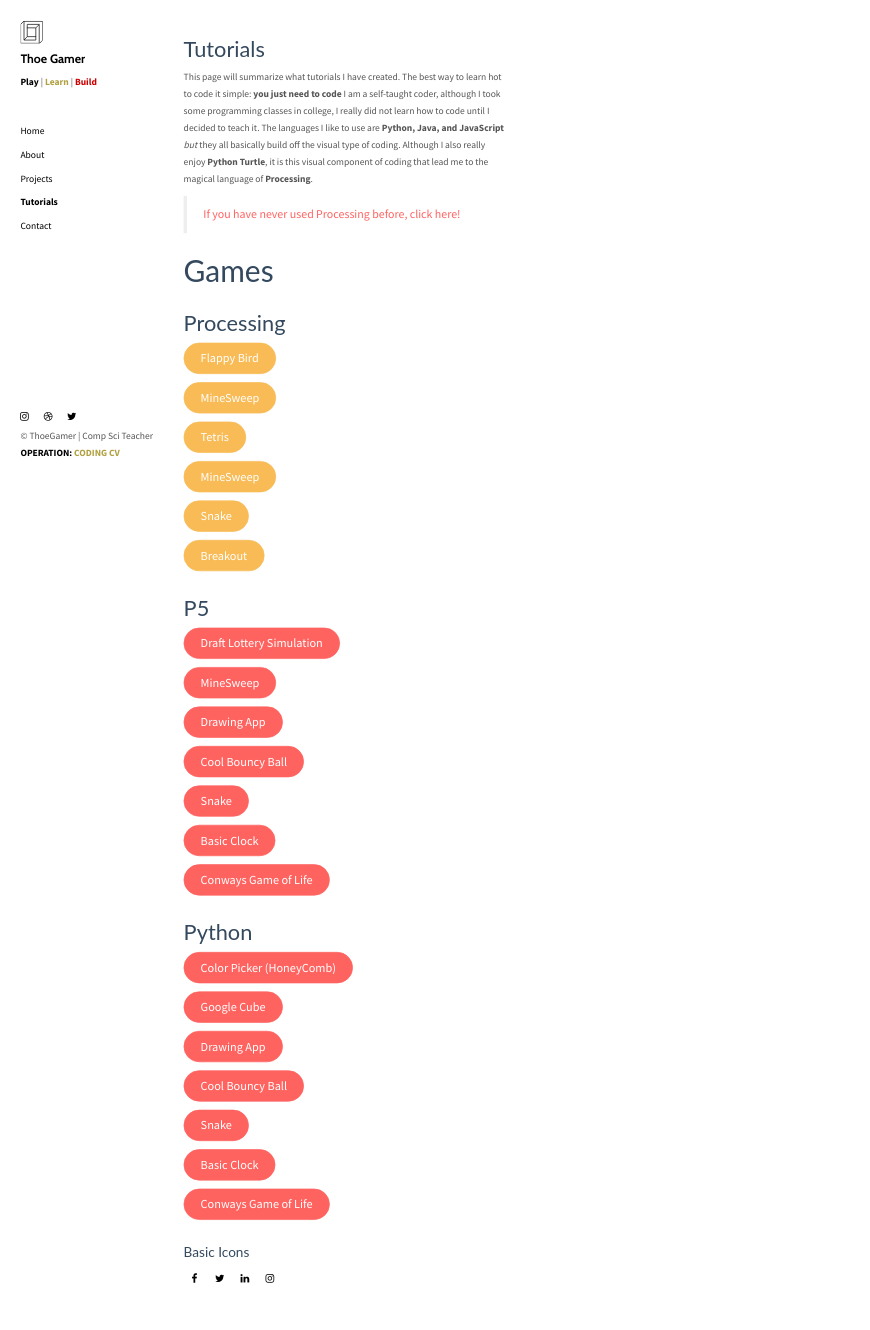
Repository: GamerThoe/GamerThoe.github.io
Page: components.html
The author's editor kept a record of every edit. The page is drawn from the files as they stood at one moment, then again after the next edit.
The browser window is 1280 px wide. The pictures show the whole page, at 68% of full size.

Above is the page before.

### components.html
<!DOCTYPE html>
<html lang="en">

<head>
  <meta charset="UTF-8">
  <meta content="IE=edge" http-equiv="X-UA-Compatible">
  <meta content="width=device-width,initial-scale=1" name="viewport">
  <meta content="description" name="description">
  <meta name="google" content="notranslate" />
  <meta content="Mashup templates have been developped by Orson.io team" name="author">

  <!-- Disable tap highlight on IE -->
  <meta name="msapplication-tap-highlight" content="no">

  <link href="./assets/apple-icon-180x180.png" rel="apple-touch-icon">
  <link href="./assets/favicon.ico" rel="icon">



  <title>Title page</title>

<link href="./main.82cfd66e.css" rel="stylesheet"></head>

<body>

 <!-- Add your content of header -->
<header class="">
  <div class="navbar navbar-default visible-xs">
    <button type="button" class="navbar-toggle collapsed">
      <span class="sr-only">Toggle navigation</span>
      <span class="icon-bar"></span>
      <span class="icon-bar"></span>
      <span class="icon-bar"></span>
    </button>
    <a href="./index.html" class="navbar-brand">Thoe Gamer ; )</a>
  </div>

  <nav class="sidebar">
    <div class="navbar-collapse" id="navbar-collapse">
      <div class="site-header hidden-xs">
          <a class="site-brand" href="./index.html" title="">
            <img class="img-responsive site-logo" alt="" src="./assets/images/mashup-logo.svg">
            Thoe Gamer
          </a>
        <p><span class="black">Play </span> | <span class="gold">Learn </span>| <span class="highlight">Build</span></p>
      </div>
      <ul class="nav">
        <li><a href="./index.html" title="">Home</a></li>
        <li><a href="./about.html" title="">About</a></li>
        <li><a href="./services.html" title="">Projects</a></li>
        <li class="black"><a href="./components.html" title="">Tutorials</a></li>
        <li><a href="./contact.html" title="">Contact</a></li>


      </ul>

      <nav class="nav-footer">
        <p class="nav-footer-social-buttons">
          <a class="fa-icon" href="https://www.instagram.com/" title="">
            <i class="fa fa-instagram"></i>
          </a>
          <a class="fa-icon" href="https://dribbble.com/" title="">
            <i class="fa fa-dribbble"></i>
          </a>
          <a class="fa-icon" href="https://twitter.com/" title="">
            <i class="fa fa-twitter"></i>
          </a>
        </p>
        <p>© ThoeGamer | Comp Sci Teacher <a href="https://mrthoe.github.io"><span class="black">OPERATION: <span class="gold">CODING CV</span></span></a></p>
      </nav>
    </div>
  </nav>
</header>
<main class="" id="main-collapse">


<!-- Add your site or app content here -->

    <div class="row">
      <div class="col-xs-12 col-md-6">

        <div class="template-example">
          <h2 class="template-title-example">Tutorials</h2>
          <p>This page will summarize what tutorials I have created.  The best way to learn hot to code it simple: <b>you just need to code</b>  I am a self-taught coder, although I took some programming classes in college, I really
          did not learn how to code until I decided to teach it.  The languages I like to use are <b>Python, Java, and JavaScript</b> <i>but</i> they all basically build off the visual type of coding.  Although I also really enjoy <b>Python Turtle</b>,
          it is this visual component of coding that lead me to the magical language of <b>Processing</b>.

          <blockquote>
            <p><a href="https://processing.org/">If you have never used Processing before, click here!</a></p>
          </blockquote>

          </p>
        </div>

        <div class="template-example">
          <h1 class="template-title-example">Games</h1>
          <div class="row">
            <div class="col-md-6">
              <h2 class="template-title-example">Processing</h2>
              <div class="row">
                  <div class="col-md-6">
                  <p><a href="" class="btn btn-info btn-lg">Flappy Bird</a></p>
                  <p><a href="" class="btn btn-info btn-lg">MineSweep</a></p>
                  <p><a href="" class="btn btn-info btn-lg">Tetris</a></p>
                  <p><a href="" class="btn btn-info btn-lg">MineSweep</a></p>
                  <p><a href="" class="btn btn-info btn-lg">Snake</a></p>
                  <p><a href="" class="btn btn-info btn-lg">Breakout</a></p>
                </div>
              </div>
              <h2 class="template-title-example">P5</h2>
              <div class="row">
                  <div class="col-md-6">
                  <p><a href="" class="btn btn-primary btn-lg">Draft Lottery Simulation</a></p>
                  <p><a href="" class="btn btn-primary btn-lg">MineSweep</a></p>
                  <p><a href="" class="btn btn-primary btn-lg">Drawing App</a></p>
                  <p><a href="" class="btn btn-primary btn-lg">Cool Bouncy Ball</a></p>
                  <p><a href="" class="btn btn-primary btn-lg">Snake</a></p>
                  <p><a href="" class="btn btn-primary btn-lg">Basic Clock</a></p>
                  <p><a href="" class="btn btn-primary btn-lg">Conways Game of Life</a></p>
                </div>
              </div>
              <h2 class="template-title-example">Python</h2>
              <div class="row">
                  <div class="col-md-6">
                  <p><a href="" class="btn btn-primary btn-lg">Color Picker (HoneyComb)</a></p>
                  <p><a href="" class="btn btn-primary btn-lg">Google Cube</a></p>
                  <p><a href="" class="btn btn-primary btn-lg">Drawing App</a></p>
                  <p><a href="" class="btn btn-primary btn-lg">Cool Bouncy Ball</a></p>
                  <p><a href="" class="btn btn-primary btn-lg">Snake</a></p>
                  <p><a href="" class="btn btn-primary btn-lg">Basic Clock</a></p>
                  <p><a href="" class="btn btn-primary btn-lg">Conways Game of Life</a></p>
                </div>
              </div>



          </div>

        </div>


          <div class="row">

            <div class="col-md-6">
               <h3 class="template-title-example">Basic Icons</h2>
                <ul class="list-icons">
                  <li>
                    <span class="fa-icon">
                      <i class="fa fa-facebook"></i>
                    </span>
                  </li>
                  <li>
                    <span class="fa-icon">
                      <i class="fa fa-twitter"></i>
                    </span>
                  </li>
                  <li>
                    <span class="fa-icon">
                      <i class="fa fa-linkedin"></i>
                    </span>
                  </li>
                  <li>
                    <span class="fa-icon">
                      <i class="fa fa-instagram"></i>
                    </span>
                  </li>
                </ul>
            </div>

          </div>





        </div>


        </div>




      </div>
    </div>


</main>

<script>
document.addEventListener("DOMContentLoaded", function (event) {
  navbarToggleSidebar();
  navActivePage();
});
</script>

<!-- Google Analytics: change UA-XXXXX-X to be your site's ID

<script>
  (function (i, s, o, g, r, a, m) {
    i['GoogleAnalyticsObject'] = r; i[r] = i[r] || function () {
      (i[r].q = i[r].q || []).push(arguments)
    }, i[r].l = 1 * new Date(); a = s.createElement(o),
      m = s.getElementsByTagName(o)[0]; a.async = 1; a.src = g; m.parentNode.insertBefore(a, m)
  })(window, document, 'script', '//www.google-analytics.com/analytics.js', 'ga');
  ga('create', 'UA-XXXXX-X', 'auto');
  ga('send', 'pageview');
</script>

--> <script type="text/javascript" src="./main.85741bff.js"></script></body>

</html>

Loaded but not shown: main.82cfd66e.css (library); main.85741bff.js (library)

After the next edit:
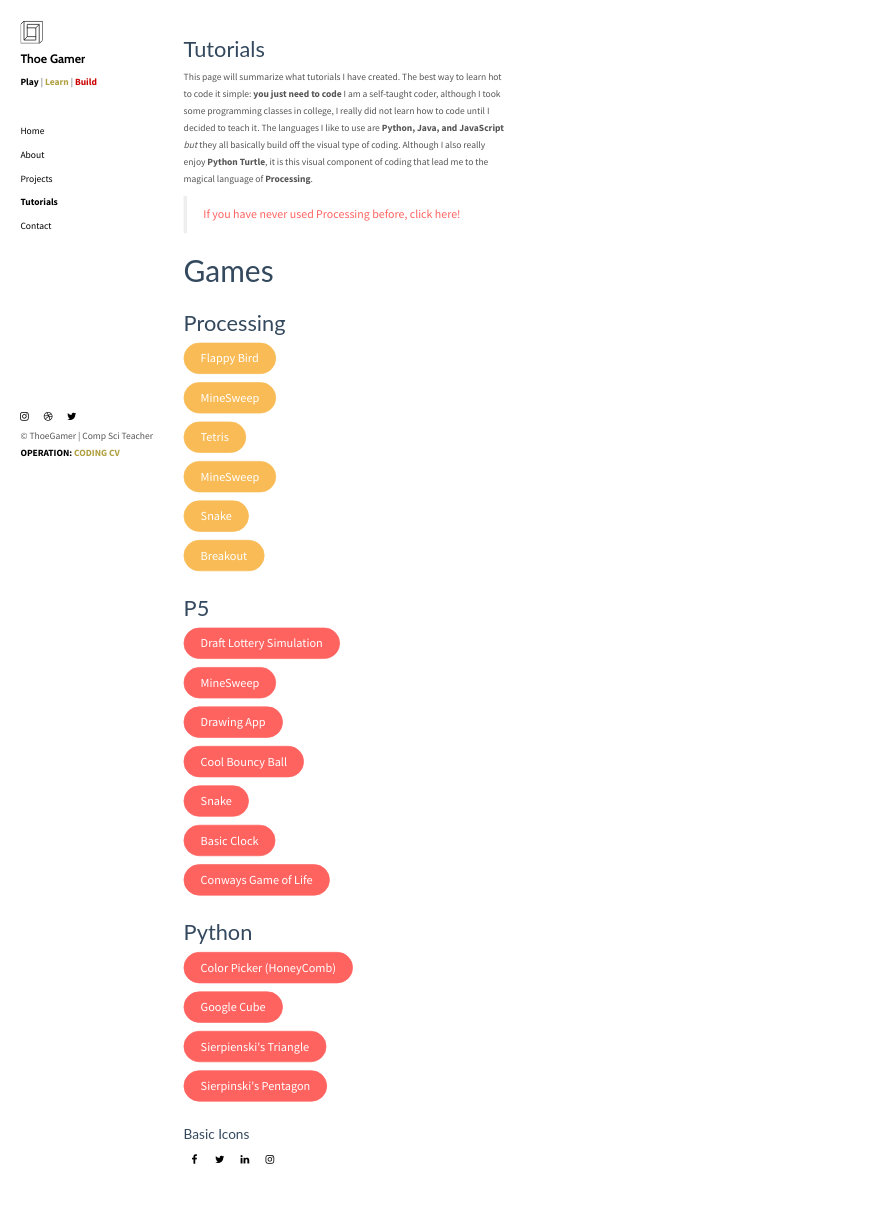
The edit:
--- a/components.html
+++ b/components.html
@@ -124,11 +124,8 @@
                   <div class="col-md-6">
                   <p><a href="" class="btn btn-primary btn-lg">Color Picker (HoneyComb)</a></p>
                   <p><a href="" class="btn btn-primary btn-lg">Google Cube</a></p>
-                  <p><a href="" class="btn btn-primary btn-lg">Drawing App</a></p>
-                  <p><a href="" class="btn btn-primary btn-lg">Cool Bouncy Ball</a></p>
-                  <p><a href="" class="btn btn-primary btn-lg">Snake</a></p>
-                  <p><a href="" class="btn btn-primary btn-lg">Basic Clock</a></p>
-                  <p><a href="" class="btn btn-primary btn-lg">Conways Game of Life</a></p>
+                  <p><a href="" class="btn btn-primary btn-lg">Sierpienski's Triangle</a></p>
+                  <p><a href="" class="btn btn-primary btn-lg">Sierpinski's Pentagon</a></p>
                 </div>
               </div>
 
